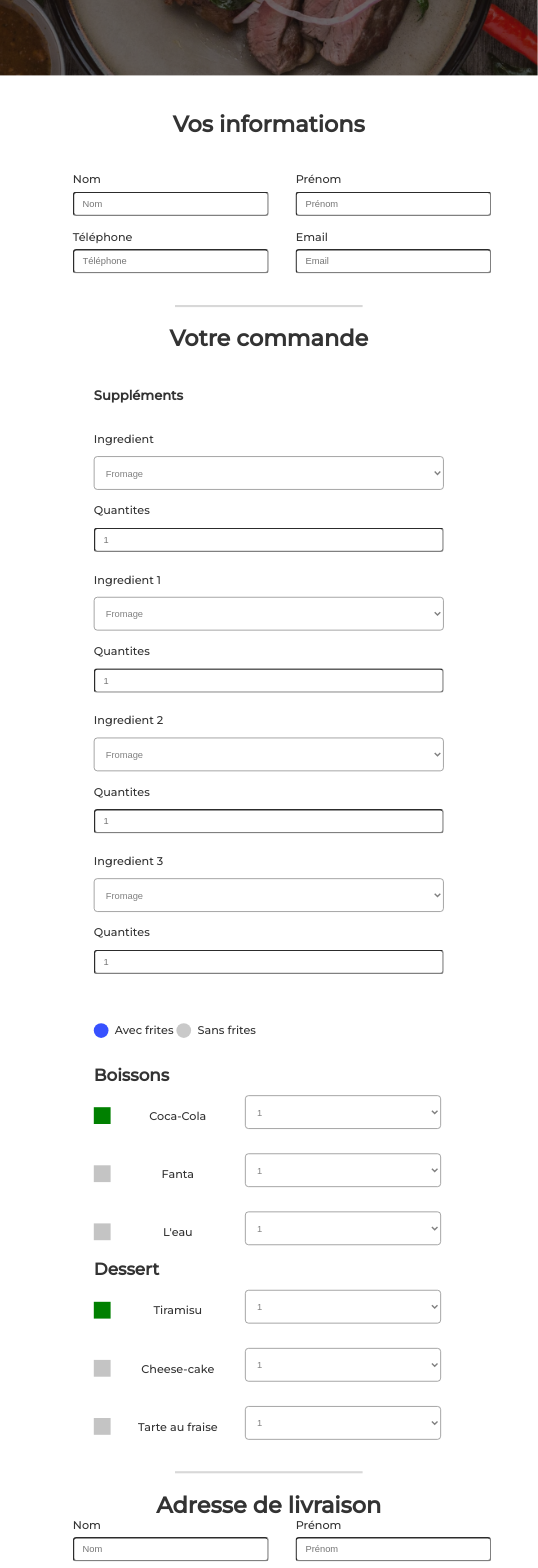
Repository: sisilass31/bella-olonje
Page: html/commande.html
These files come from the project's save history. The page is drawn as it stood at one moment and after a run of saves; the edit follows.
The browser window is 768 px wide. The pictures show the part of the page from y = 714 to 2954 px (the page is 3376 px tall before and 3407 px after), at 70% of full size.
Some web libraries are served in a nearby version.

Above is the page before, as saved 2023-02-15 09:12:12.

After the next 4 saves:
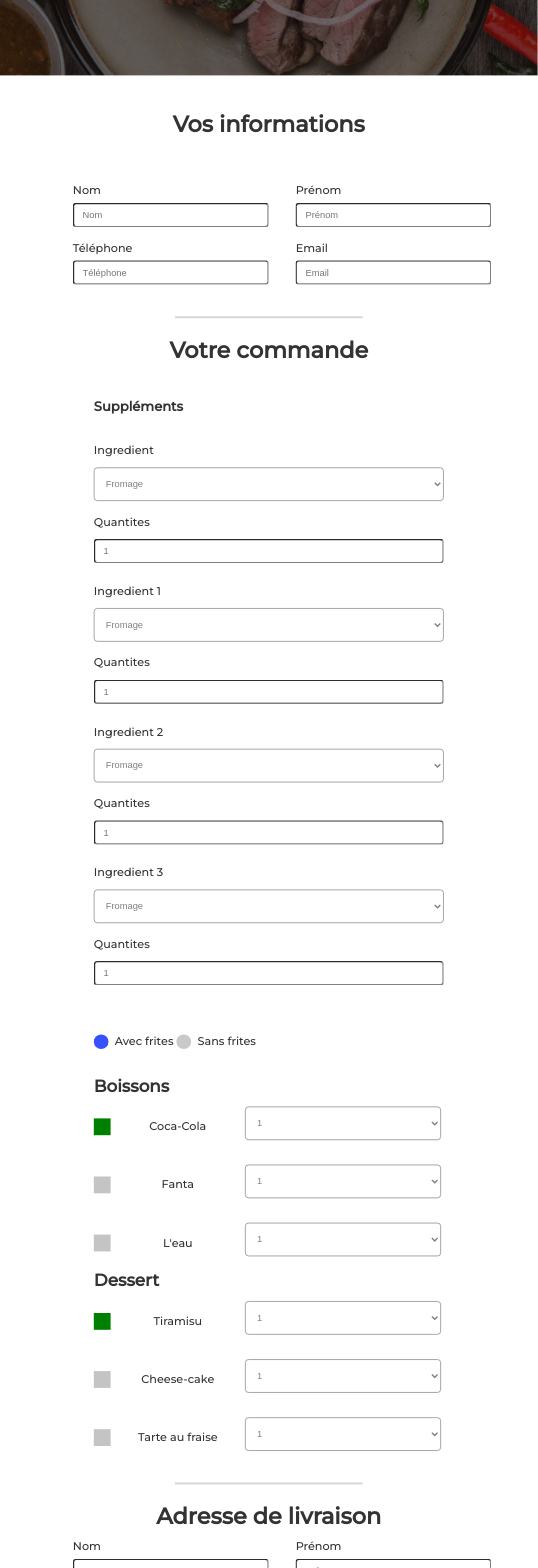
The 4 saves are shown as one change because they came seconds apart.
The last was saved 71 s later.
--- a/css/commande.css
+++ b/css/commande.css
@@ -469,6 +469,7 @@ button {
         display: flex;
         flex-direction: column;
         justify-content: center;
+        margin-top: 2%;
     }
 
     .label1 {
